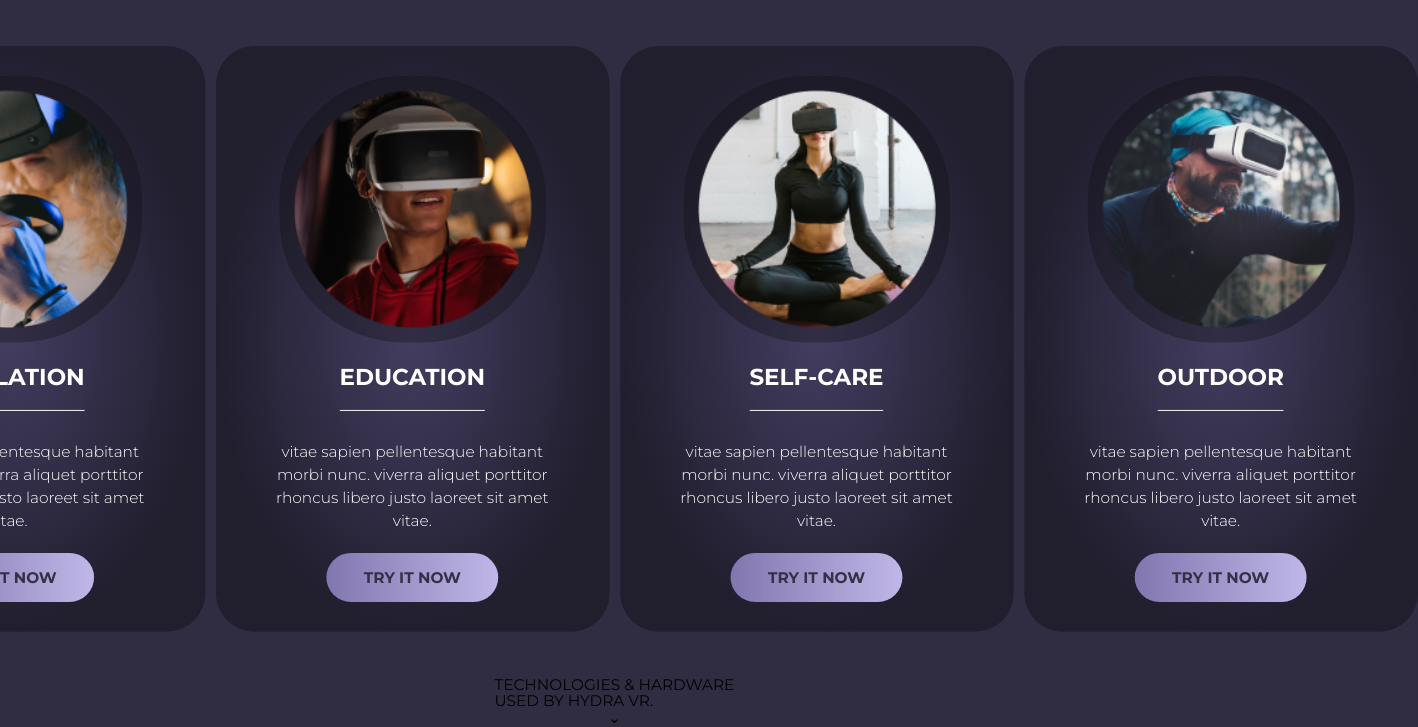
Repository: xMargi/Hydra-LandingPage
Page: index.html
These files come from the project's save history. The page is drawn as it stood at one moment and after the next save; the edit follows.
The browser window is 1280 px wide. The page is 1477 px wide, so the pictures cover 1477 px, including what lies to the right of the window. The pictures show the whole page, at 96% of full size.

Above is the page before, as saved 2023-06-07 20:47:24.

After the next save:
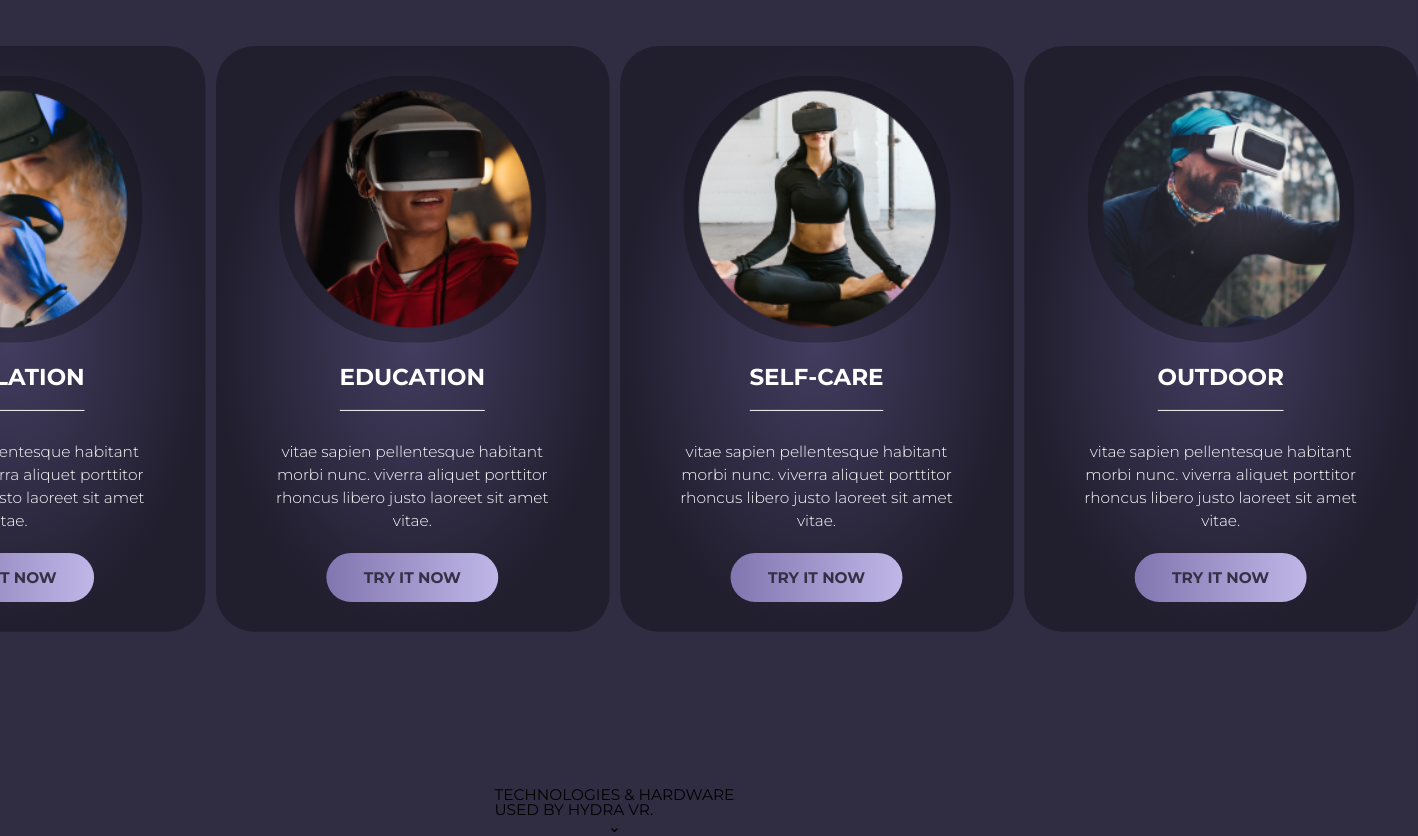
Saved 48 s later.
--- a/style.css
+++ b/style.css
@@ -92,3 +92,9 @@ body{
     color: #fefefe;
 
 }
+
+
+
+.container__imagem{
+    margin-top: 7.125rem;
+}
